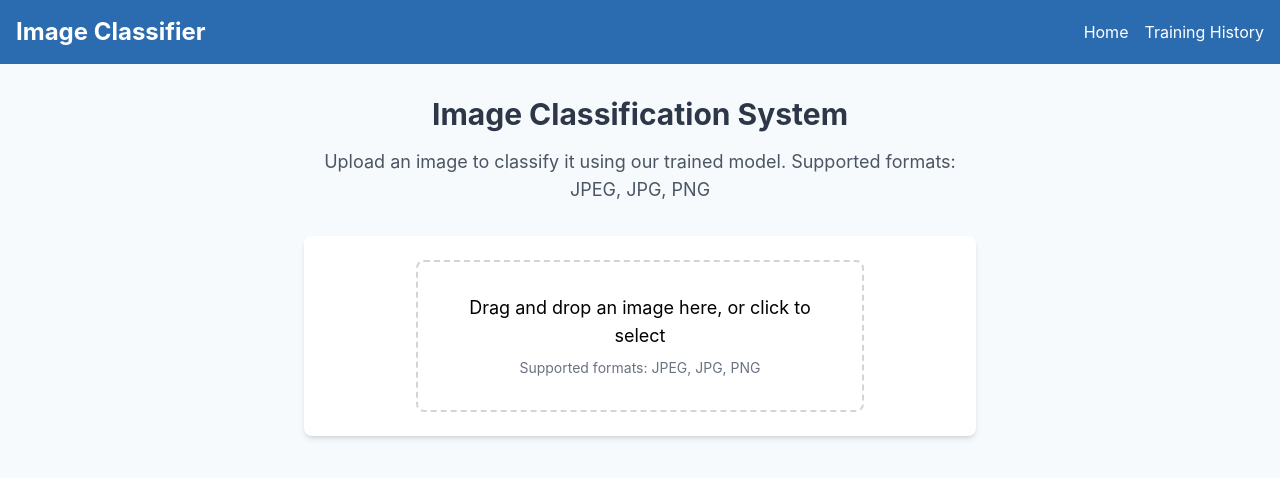
Repository: md82680/vision-microservice-platform
Page: / (app in services/frontend_service/)
An editor plug-in stored every save of this project. The page is shown before and after the next save, followed by the edit.
The browser window is 1280 px wide. The pictures show the whole page.
The project was rebuilt for these pictures with package versions that can differ from the ones it lists, and the page was loaded fresh each time. Also part of the build but not shown: services/frontend_service/src/components/results/ConfidenceMeter.tsx, services/frontend_service/src/components/results/PredictionResults.tsx, services/frontend_service/src/pages/Results.tsx, services/frontend_service/src/components/common/LoadingSpinner.tsx, services/frontend_service/src/pages/TrainingHistory.tsx.

Above is the page before, as saved 2025-04-29 11:14:05.

After the next save:
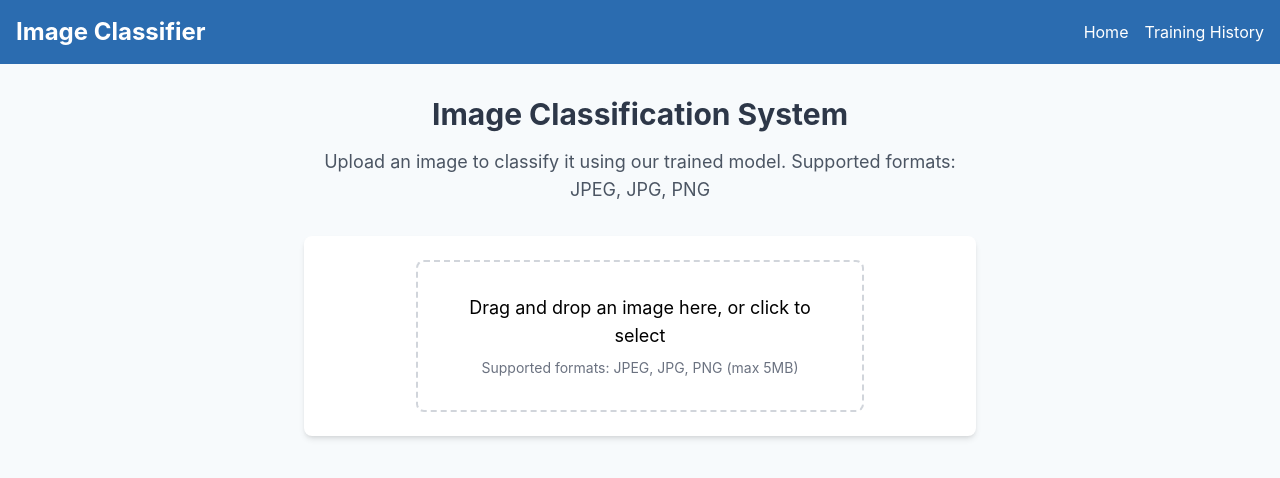
Saved 3 min 16 s later.
--- a/services/frontend_service/src/components/upload/ImageUploader.tsx
+++ b/services/frontend_service/src/components/upload/ImageUploader.tsx
@@ -15,39 +15,47 @@ const ImageUploader: React.FC<ImageUploaderProps> = ({ onPrediction, onError })
 
   const onDrop = useCallback(async (acceptedFiles: File[]) => {
     const file = acceptedFiles[0];
-    if (file) {
-      setError(null);
+    if (!file) {
+      setError('No file selected');
+      onError('No file selected');
+      return;
+    }
 
-      // Create preview
-      const reader = new FileReader();
-      reader.onload = () => {
-        setPreview(reader.result as string);
-      };
-      reader.readAsDataURL(file);
+    setError(null);
+    setIsLoading(true);
 
-      // Send to API
-      try {
-        setIsLoading(true);
-        const prediction = await predictImage(file);
-        onPrediction(prediction);
-      } catch (err) {
-        const errorMessage = err instanceof Error ? err.message : 'Failed to predict image';
-        setError(errorMessage);
-        onError(errorMessage);
-      } finally {
-        setIsLoading(false);
-      }
+    // Create preview
+    const reader = new FileReader();
+    reader.onload = () => {
+      setPreview(reader.result as string);
+    };
+    reader.readAsDataURL(file);
+
+    // Send to API
+    try {
+      console.log('Sending file to API:', file.name, file.type, file.size);
+      const prediction = await predictImage(file);
+      console.log('Received prediction:', prediction);
+      onPrediction(prediction);
+    } catch (err) {
+      console.error('Error during prediction:', err);
+      const errorMessage = err instanceof Error ? err.message : 'Failed to predict image';
+      setError(errorMessage);
+      onError(errorMessage);
+    } finally {
+      setIsLoading(false);
     }
   }, [onPrediction, onError]);
 
   const { getRootProps, getInputProps, isDragActive } = useDropzone({
     onDrop,
     accept: {
-      'image/jpeg': ['.jpeg'],
-      'image/jpg': ['.jpg'],
+      'image/jpeg': ['.jpeg', '.jpg'],
       'image/png': ['.png']
     },
-    maxFiles: 1
+    maxFiles: 1,
+    maxSize: 5 * 1024 * 1024, // 5MB
+    multiple: false
   });
 
   return (
@@ -84,7 +92,7 @@ const ImageUploader: React.FC<ImageUploaderProps> = ({ onPrediction, onError })
                 : 'Drag and drop an image here, or click to select'}
             </p>
             <p className="text-sm text-gray-500 mt-2">
-              Supported formats: JPEG, JPG, PNG
+              Supported formats: JPEG, JPG, PNG (max 5MB)
             </p>
           </div>
         )}
